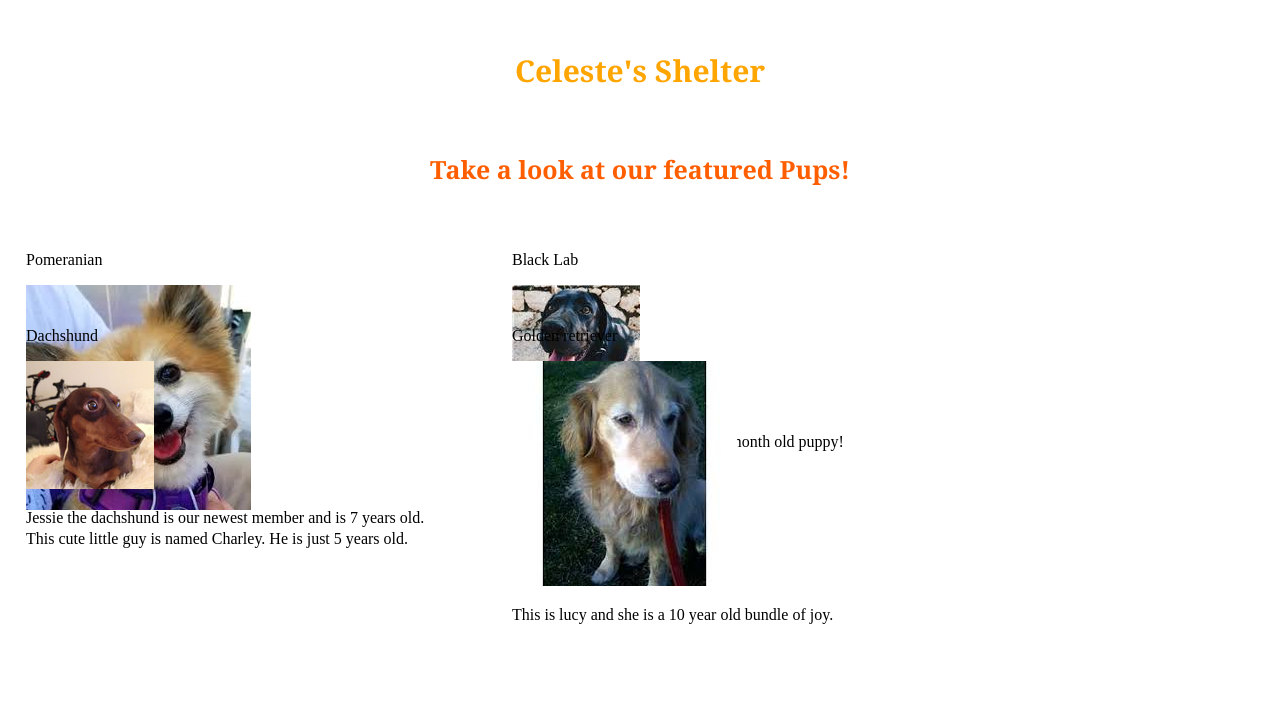
Repository: fieldceleste/animal-shelter
Page: animal-shelter.html
The author's editor kept a copy of each file at every save. The page is drawn from the files as they stood at one save, then again after the next save.
The browser window is 1280 px wide. The pictures show the whole page.

Above is the page before, as saved 2019-10-30 18:56:33.

After the next save:
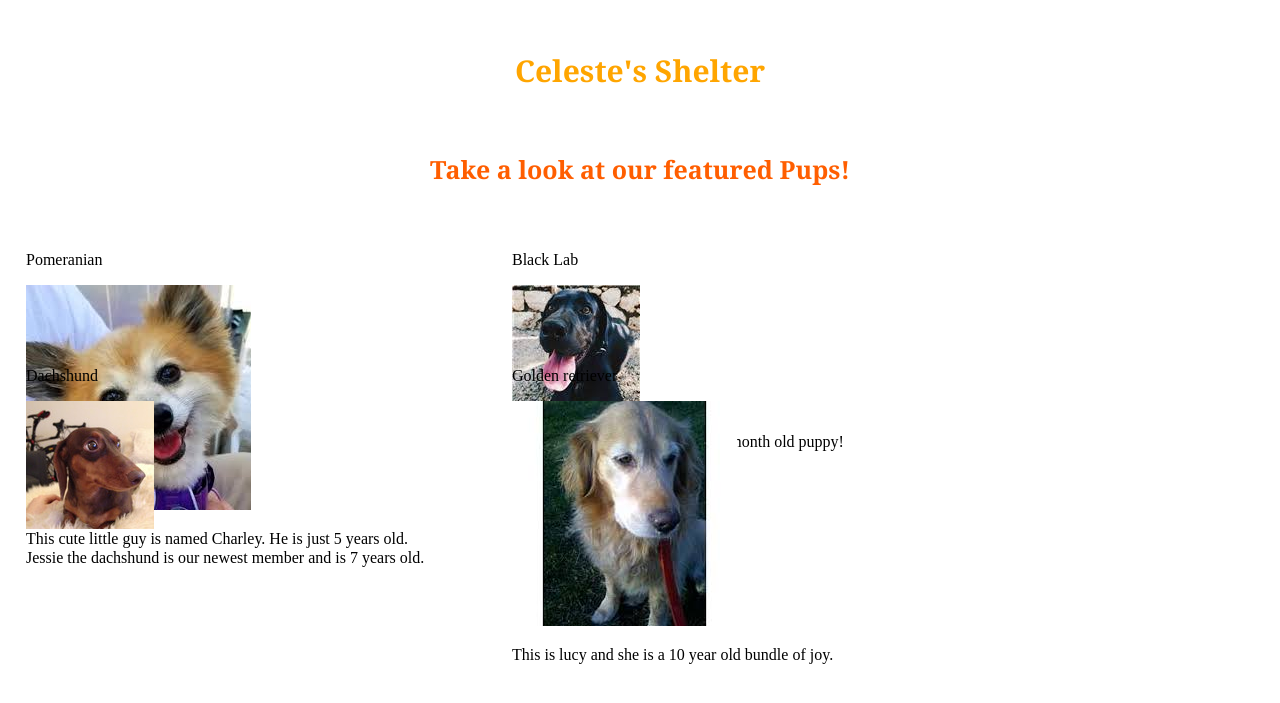
Saved 6 s later.
--- a/css/styles.css
+++ b/css/styles.css
@@ -23,7 +23,7 @@ h4{
  .column{
     float:left;
     width:450px;
-    height:40px;
+    height:80px;
     padding:8px;
     margin: 10px;
 
